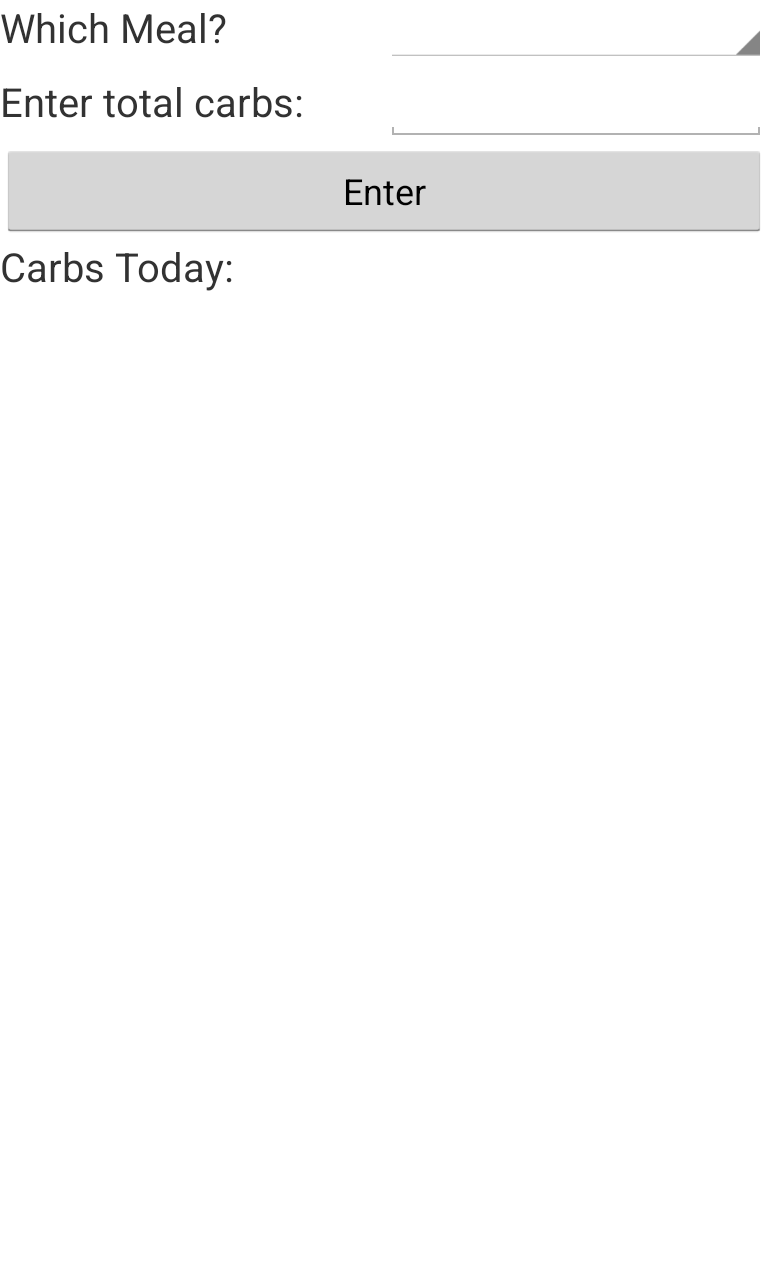
Repository: dekigo/GluNote
Layout: Glunote/res/layout/activity_carbs_page.xml
An editor plug-in stored every save of this project. The layout is shown before and after the next save, followed by the edit.
It is drawn on a 768 x 1280 px phone screen (xhdpi) without system bars, with theme AppTheme; the app's code is not run.

Above is the layout before, as saved 2013-08-06 10:14:57.

### Glunote/res/layout/activity_carbs_page.xml
<?xml version="1.0" encoding="utf-8"?>
<LinearLayout xmlns:android="http://schemas.android.com/apk/res/android"
    xmlns:tools="http://schemas.android.com/tools"
    android:layout_width="match_parent"
    android:layout_height="match_parent"
    android:orientation="vertical" >

    <LinearLayout
        android:layout_width="match_parent"
        android:layout_height="wrap_content" >

	    <TextView
	        android:layout_height="wrap_content"
	        android:layout_width="0dp"
	        android:layout_weight="0.5"
	        android:textSize="20sp"
	        android:text="@string/Carbs_Page_Meal"
	    />

	    <Spinner
		    android:id="@+id/meal_spinner"
		    android:layout_width="0dp"
		    android:layout_height="wrap_content"
		    android:layout_weight="0.5"
	    />

    </LinearLayout>

    <LinearLayout
        android:layout_width="match_parent"
        android:layout_height="wrap_content" >

        <TextView
            android:layout_height="wrap_content"
            android:layout_width="0dp"
            android:layout_weight="0.5"
            android:textSize="20sp"
            android:text="@string/Carbs_Page_Carbs"
        />

        <EditText android:id="@+id/Carb_Amount"
            android:layout_height="wrap_content"
            android:layout_width="0dp"
            android:layout_weight="0.5"
            android:inputType="number"
        />

    </LinearLayout>

    <Button
        android:layout_width="match_parent"
        android:layout_height="wrap_content"
        android:text="@string/Enter"
        android:onClick="Save_Carb_Entry"
    />

    <LinearLayout
        android:layout_width="match_parent"
        android:layout_height="wrap_content"
        android:orientation="vertical" >

	    <TextView
	        android:layout_height="wrap_content"
	        android:layout_width="match_parent"
	        android:textSize="20sp"
	        android:text="@string/Total_Carbs"
	    />

	    <TextView
	        android:id="@+id/Carb_Num"
	        android:layout_height="wrap_content"
	        android:layout_width="match_parent"
	        android:textSize="20sp"
	    />

	</LinearLayout>





</LinearLayout>

### Glunote/res/values/strings.xml
<?xml version="1.0" encoding="utf-8"?>
<resources>

    <string name="app_name">Glunote</string>
    <string name="action_settings">Settings</string>
    <string name="Test_Input">Record a Testing Event</string>
    <string name="Carb_Input">Track your Carbs</string>
    <string name="title_activity_testing_page">TestingPageActivity</string>
    <string name="Test_Page_Glucose">Enter your blood glucose:</string>
    <string name="Test_Page_Bolus">Enter your bolus, if any:</string>
    <string name="title_activity_carbs_page">CarbsPageActivity</string>
    <string name="hello_world">Hello world!</string>
    <string name="Carbs_Page_Meal">Which Meal?</string>
    <string name="Carbs_Page_Carbs">Enter total carbs:</string>
    <string name="Enter">Enter</string>
    <string name="Total_Carbs">Carbs Today:</string>

    <string-array name="meal_array">
        <item>Breakfast</item>
        <item>Lunch</item>
        <item>Dinner</item>
        <item>Snack</item>
    </string-array>

    <string name="title_activity_alarms_page">AlarmsPageActivity</string>
    <string name="Alarms_Page_Top">Set an alarm for:</string>
    <string name="Alarms_Button">Alarms and Reminders</string>


</resources>

Loaded but not shown: Glunote/res/values/styles.xml (common file); Glunote/res/values-v11/styles.xml (common file); Glunote/res/values-v14/styles.xml (common file)

After the next save:
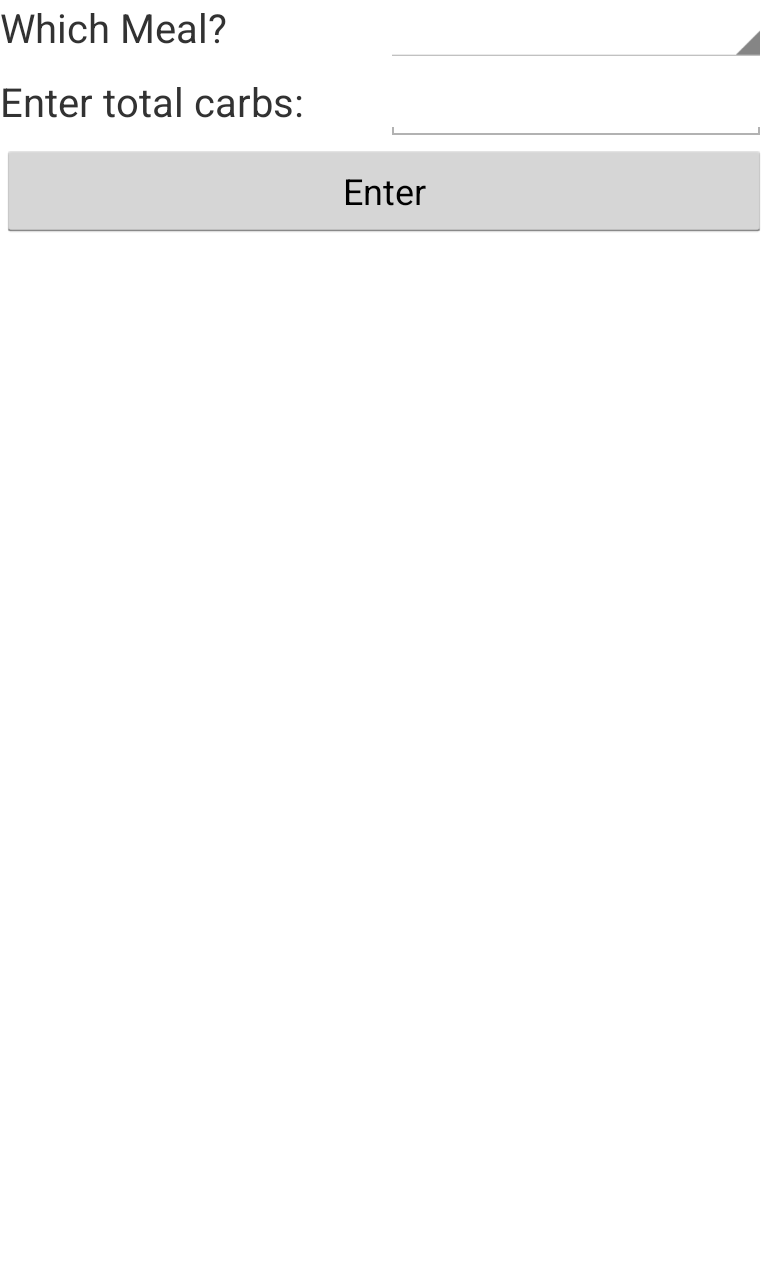
Saved 97 s later.
--- a/Glunote/res/layout/activity_carbs_page.xml
+++ b/Glunote/res/layout/activity_carbs_page.xml
@@ -60,16 +60,12 @@
         android:orientation="vertical" >
 
 	    <TextView
-	        android:layout_height="wrap_content"
-	        android:layout_width="match_parent"
 	        android:textSize="20sp"
 	        android:text="@string/Total_Carbs"
 	    />
 
 	    <TextView
 	        android:id="@+id/Carb_Num"
-	        android:layout_height="wrap_content"
-	        android:layout_width="match_parent"
 	        android:textSize="20sp"
 	    />
 

After the save that followed:
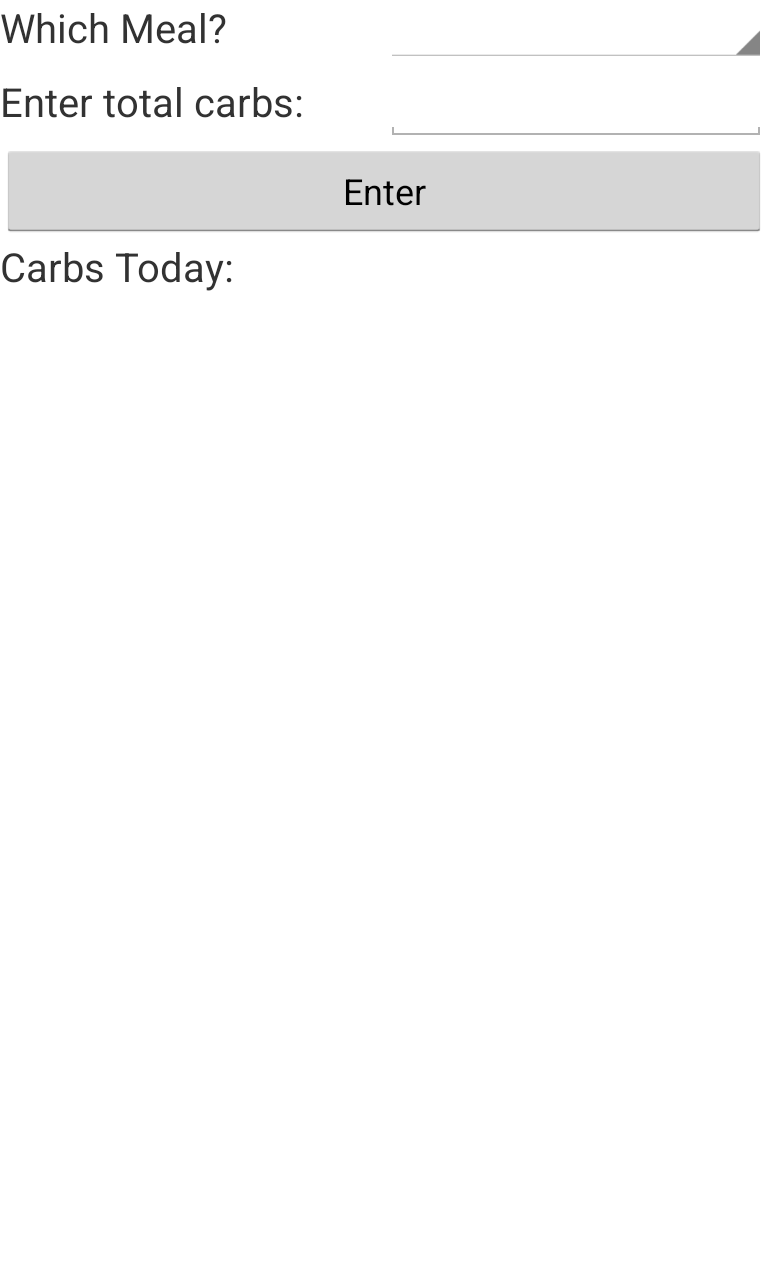
Saved 53 s later.
--- a/Glunote/res/layout/activity_carbs_page.xml
+++ b/Glunote/res/layout/activity_carbs_page.xml
@@ -60,12 +60,16 @@
         android:orientation="vertical" >
 
 	    <TextView
+	        android:layout_height="wrap_content"
+	        android:layout_width="match_parent"
 	        android:textSize="20sp"
 	        android:text="@string/Total_Carbs"
 	    />
 
 	    <TextView
 	        android:id="@+id/Carb_Num"
+	        android:layout_height="wrap_content"
+	        android:layout_width="match_parent"
 	        android:textSize="20sp"
 	    />
 
